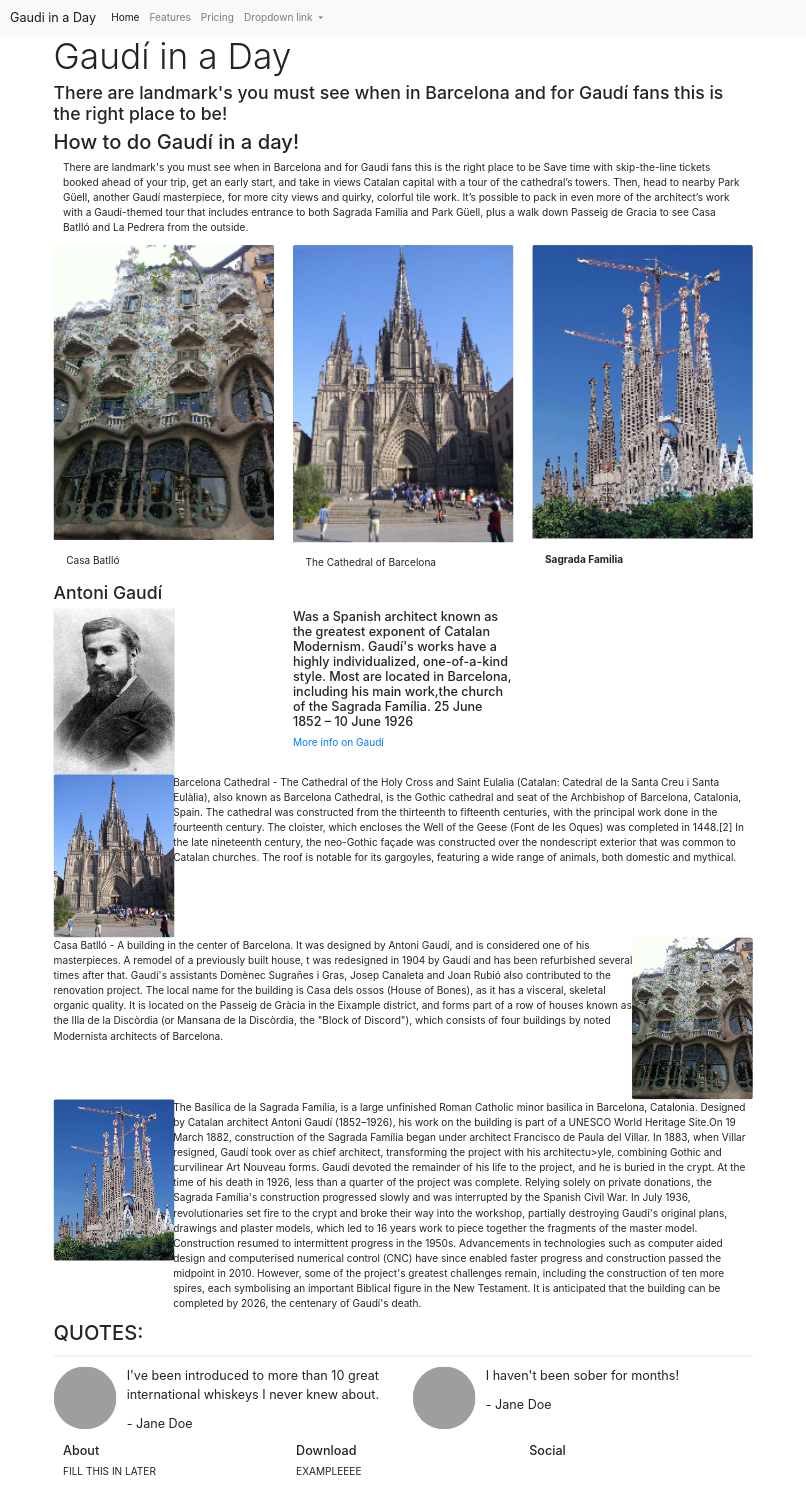
Repository: Taitdanielle/Milestone1
Page: index.html
The author's editor kept a record of every edit. The page is drawn from the files as they stood at one moment, then again after the next edit.
The browser window is 1280 px wide. The pictures show the whole page, at 63% of full size.
Pictures or frames that could not be fetched are drawn as grey boxes.

Above is the page before.

After the next edit:
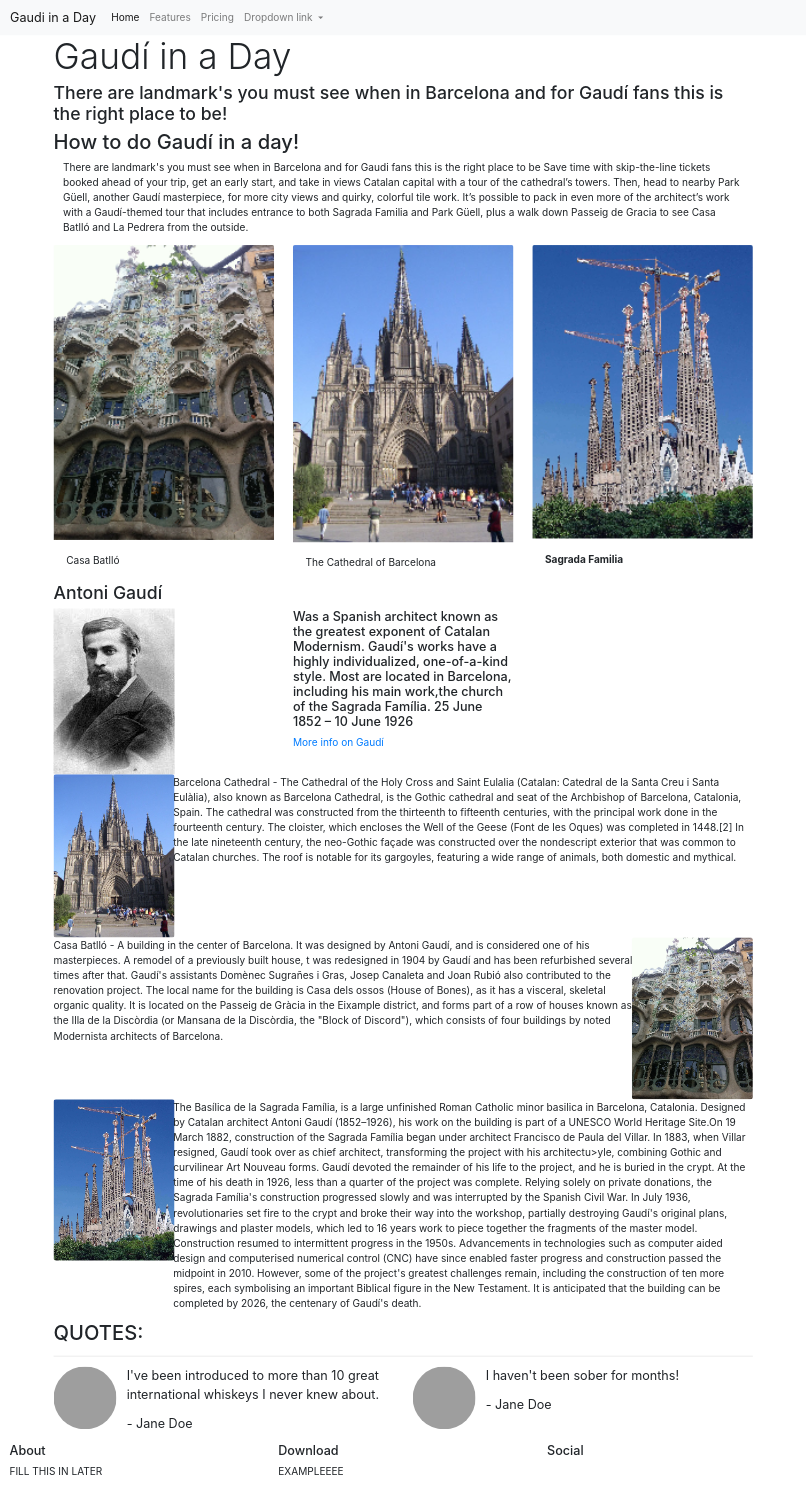
The edit:
--- a/index.html
+++ b/index.html
@@ -15,35 +15,35 @@
 
     <!-- nav -->
 
-<nav class="navbar navbar-expand-lg navbar-light bg-light">
-  <a class="navbar-brand" href="#">Gaudi in a Day</a>
-  <button class="navbar-toggler" type="button" data-toggle="collapse" data-target="#navbarNavDropdown" aria-controls="navbarNavDropdown" aria-expanded="false" aria-label="Toggle navigation">
+    <nav class="navbar navbar-expand-lg navbar-light bg-light">
+        <a class="navbar-brand" href="#">Gaudi in a Day</a>
+        <button class="navbar-toggler" type="button" data-toggle="collapse" data-target="#navbarNavDropdown" aria-controls="navbarNavDropdown" aria-expanded="false" aria-label="Toggle navigation">
     <span class="navbar-toggler-icon"></span>
   </button>
-  <div class="collapse navbar-collapse" id="navbarNavDropdown">
-    <ul class="navbar-nav">
-      <li class="nav-item active">
-        <a class="nav-link" href="#">Home <span class="sr-only">(current)</span></a>
-      </li>
-      <li class="nav-item">
-        <a class="nav-link" href="#">Features</a>
-      </li>
-      <li class="nav-item">
-        <a class="nav-link" href="#">Pricing</a>
-      </li>
-      <li class="nav-item dropdown">
-        <a class="nav-link dropdown-toggle" href="#" id="navbarDropdownMenuLink" role="button" data-toggle="dropdown" aria-haspopup="true" aria-expanded="false">
+        <div class="collapse navbar-collapse" id="navbarNavDropdown">
+            <ul class="navbar-nav">
+                <li class="nav-item active">
+                    <a class="nav-link" href="#">Home <span class="sr-only">(current)</span></a>
+                </li>
+                <li class="nav-item">
+                    <a class="nav-link" href="#">Features</a>
+                </li>
+                <li class="nav-item">
+                    <a class="nav-link" href="#">Pricing</a>
+                </li>
+                <li class="nav-item dropdown">
+                    <a class="nav-link dropdown-toggle" href="#" id="navbarDropdownMenuLink" role="button" data-toggle="dropdown" aria-haspopup="true" aria-expanded="false">
           Dropdown link
         </a>
-        <div class="dropdown-menu" aria-labelledby="navbarDropdownMenuLink">
-          <a class="dropdown-item" href="#">Action</a>
-          <a class="dropdown-item" href="#">Another action</a>
-          <a class="dropdown-item" href="#">Something else here</a>
-        </div>
-      </li>
-    </ul>
-  </div>
-</nav>
+                    <div class="dropdown-menu" aria-labelledby="navbarDropdownMenuLink">
+                        <a class="dropdown-item" href="#">Action</a>
+                        <a class="dropdown-item" href="#">Another action</a>
+                        <a class="dropdown-item" href="#">Something else here</a>
+                    </div>
+                </li>
+            </ul>
+        </div>
+    </nav>
     <!-- nav -->
 
     <div class="container">
@@ -160,12 +160,12 @@
             </div>
         </div>
     </div>
-<!-- Reviews -->
-
-                </section>
-            </div>
-        </div>
-        <!-- /.callout -->
+    <!-- Reviews -->
+
+    </section>
+    </div>
+    </div>
+    <!-- /.callout -->
     </div>
 
     <!-- Quotes -->
@@ -206,12 +206,14 @@
                         </div>
                     </div>
                 </div>
-            </section>
-            <!-- /.quotes -->
-
-<!-- Reviews end -->
-
-<!-- footer -->
+        </div>
+    </div>
+    </div>
+    </section>
+
+    <!-- Reviews end -->
+
+    <!-- footer -->
 
     <footer class="container-fluid">
         <div id="footer-details" class="row">
@@ -224,7 +226,7 @@
             <div class="col-sm-4">
                 <h5 class="uppercase general-sub">Download</h5>
                 <p class="inline-block">
-                     EXAMPLEEEE
+                    EXAMPLEEEE
                     <a href="assets/cv/sample-cv.pdf" target="_blank" class="cv-pdf">
                         <i class="fa fa-download" aria-hidden="true"></i>
                         <span class="sr-only">Download link.</span>
